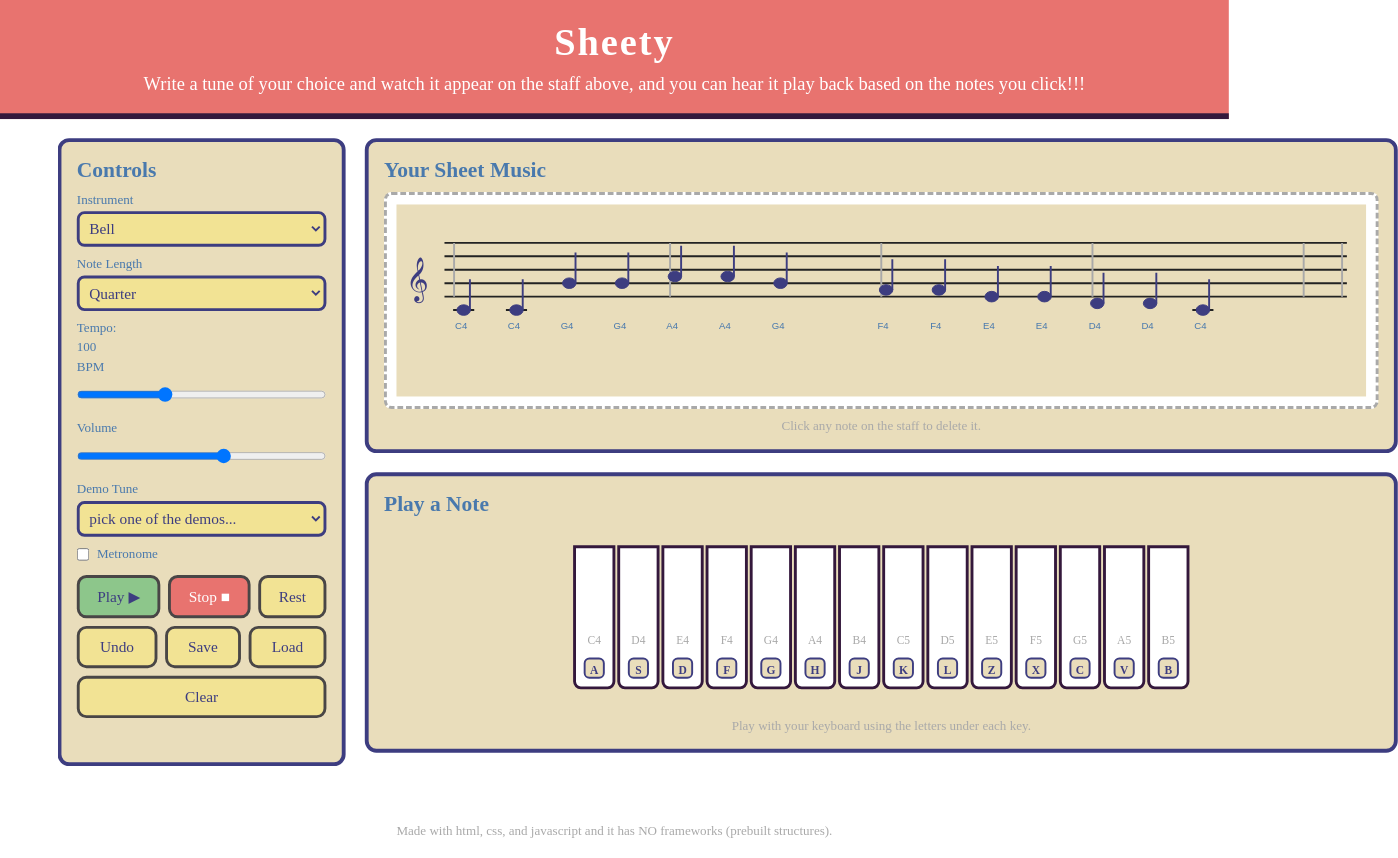
Repository: manayparikh1/sheety
Page: index.html
These files come from the project's save history. The page is drawn as it stood at one moment and after the next save; the edit follows.
The browser window is 1280 px wide. The page is 1456 px wide, so the pictures cover 1456 px, including what lies to the right of the window. The pictures show the whole page, at 96% of full size.

Above is the page before, as saved 2026-08-23 19:10:13.

### index.html
<!DOCTYPE html>
<html lang="en">

<head>
    <meta charset="UTF-8">
    <title>Sheety</title>
    <style>
        * {
            margin: 0;
            padding: 0;
            box-sizing: border-box;
        }

        :root {
            --cream: #e9ddbb;
            --paper: #ffffff;
            --navy: #3d3d80;
            --red: #e8736f;
            --blue: #4979ad;
            --green: #8dc68b;
            --yellow: #f2e394;
            --orange: #f2ae72;
            --darkpurple: #34183c;
            --grey: #a9a9a9;
            --black-key: #494646;
            --line-black: #222222;
            --glass: rgba(255, 255, 255, 0.18);
            --glass-strong: rgba(255, 255, 255, 0.38);
            --edge: rgba(255, 255, 255, 0.55);
            --shade: 0 8px 32px rgba(31, 38, 60, .25);
        }

        html,
        body {
            background:
                radial-gradient(38rem 38rem at 12% 18%, var(--purple), transparent 60%),
                radial-gradient(38rem 38rem at 88% 12%, var(--red), transparent 60%);
            radial-gradient(40rem 40rem at 78% 82%, var(--green), transparent 62%),
            radial-gradient(30rem 30rem at 25% 92%, var(--orange), transparent 60%),
            var(--blue);
            background-attachment: fixed;
            min-height: 100vh;
        }

        header {
            background: var(--red);
            color: var(--paper);
            padding: 19.5px;
            text-align: center;
            border-bottom: 6px solid var(--darkpurple);
        }

        header h1 {
            font-size: 2.5rem;
            letter-spacing: 2px;
        }

        header p {
            margin-top: 10px;
            font-size: 1.2rem;
        }

        main {
            max-width: 1000px;
            margin: 0 auto;
            padding: 20px;
        }

        section {
            background: var(--cream);
            border: 4px solid var(--navy);
            border-radius: 12px;
            padding: 16px;
            margin-bottom: 20px;
        }

        section h2 {
            color: var(--blue);
            margin-bottom: 10px;
            font-size: 1.4rem;
        }

        .toolbar {
            display: flex;
            flex-wrap: wrap;
            gap: 14px;
            align-items: center;
        }

        .toolbar-group {
            display: flex;
            flex-direction: column;
            gap: 4px;
        }

        .toolbar-group label {
            font-size: 0.85rem;
            color: var(--grey);
        }

        select,
        input[type="range"] {
            font-family: inherit;
            font-size: 1rem;
            padding: 6px;
            border: 3px solid var(--navy);
            border-radius: 8px;
            background: var(--yellow);
            color: var(--navy);
        }

        button {
            font-family: inherit;
            padding: 10px 16px;
            border-radius: 10px;
            background: var(--yellow);
            font-size: 1rem;
            color: var(--navy);
            cursor: pointer;
            border: 3px solid var(--black-key);
        }

        button {
            transition:
                background-color 0.2s ease,
                color 0.2s ease,
                transform 0.2s ease,
                box-shadow 0.2s ease;
        }

        button:hover {
            background: var(--yellow);
            color: var(--black-key);
            transform: translateY(-3px) scale(1.03);
            box-shadow: 0 8px 20px rgba(0, 0, 0, 0.18);
        }

        button:active {
            transform: translateY(-1px) scale(0.98);
            box-shadow: 0 4px 10px rgba(0, 0, 0, 0.15);

        }

        button.play-btn {
            background: var(--green);
            transition:
                background-color 0.25s ease,
                transform 0.25s cubic-bezier(0.2, 0.8, 0.2, 1),
                box-shadow 0.25s ease;
        }

        button.play-btn:hover {
            background: var(--green);
            transform: translateY(-3px) scale(1.03);
            box-shadow:
                0 8px 20px rgba(0, 0, 0, 0.18),
                0 0 0 3px rgba(255, 255, 255, 0.08)
        }

        button.stop-btn {
            background: var(--red);
            color: var(--paper);
        }

        button.stop-btn:hover {
            background: var(--red);
            transform: translateY(-2px) scale(1.02);
            box-shadow: 0 6px 16px rgba(0, 0, 0, 0.19);
        }

        button.small {
            padding: 6px 10px;
            font-size: 0.85rem;
        }

        #staffWrap {
            overflow-x: auto;
            border: 3px dashed var(--grey);
            border-radius: 8px;
            padding: 10px;
            background: var(--paper);
        }

        svg#staffSvg {
            background: var(--cream);
            display: block;
        }

        .staff-line {
            stroke: var(--line-black);
            stroke-width: 2;
        }

        .bar-line {
            stroke: var(--grey);
            stroke-width: 2;
        }

        .note-head {
            fill: var(--navy);
            stroke: var(--navy);
            stroke-width: 1;
        }

        .note-head.playing {
            fill: var(--red);
            stroke: var(--red);
        }

        .note-stem {
            stroke: var(--navy);
            stroke-width: 2;
        }

        .rest-mark {
            fill: var(--grey);
        }

        .ledger-line {
            stroke: var(--line-black);
            stroke-width: 2;
        }

        .note-label {
            font-size: 10px;
            fill: var(--blue);
            font-family: "Comic Sans MS", cursive, sans-serif;
        }

        .clef-text {
            font-size: 40px;
            fill: var(--navy);
        }

        #piano {
            display: flex;
            justify-content: center;
            padding: 20px 0;
            gap: 2px;
        }

        .white-key {
            width: 44px;
            height: 150px;
            background: var(--paper);
            border: 3px solid var(--darkpurple);
            border-radius: 0 0 8px 8px;
            cursor: pointer;
            display: flex;
            flex-direction: column;
            align-items: center;
            justify-content: flex-end;
            padding-bottom: 8px;
            font-size: 0.75rem;
            color: var(--grey);
            user-select: none;
        }

        .white-key .pitch-label {
            font-size: 0.75rem;
            color: var(--grey);
        }

        .white-key .key-hint {
            margin-top: 10px;
            width: 22px;
            height: 22px;
            line-height: 22px;
            text-align: center;
            border: 2px solid var(--navy);
            border-radius: 6px;
            background: var(--cream);
            color: var(--navy);
            font-size: 0.75rem;
            font-weight: bold;
        }

        .white-key.pressed .key-hint {
            background: var(--green);
            color: var(--cream);
        }

        #keyboardHint {
            margin-top: 10px;
            font-size: 0.85rem;
            color: var(--grey);
            text-align: center
        }

        .white-key:hover {
            background: var(--yellow);
            transform: translateY(-2px);
            box-shadow: 0 4px 12px rgba(0, 0, 0, 0.15);
        }

        .white-key:active,
        .white-key.pressed {
            background: var(--orange);
            color: var(--cream);
        }

        footer {
            text-align: center;
            padding: 20px;
            color: var(--grey);
            font-size: 0.85rem;
        }

        #statusMsg {
            margin-top: 10px;
            font-size: 0.9rem;
            color: var(--green);
            min-height: 20px;
        }

        main {
            max-width: 1200px;
            display: grid;
            grid-template-columns: 300px 1fr;
            gap: 20px;
            align-items: start;
        }

        .controls {
            position: sticky;
            top: 20px;
        }

        @media (max-width: 900px) {
            main {
                grid-template-columns: 1fr;
            }

            .controls {
                position: static;
            }
        }

        .grid2 {
            display: grid;
            gap: 10px;
        }

        .grid2 label {
            display: flex;
            flex-direction: column;
            gap: 4px;
            font-size: 0.85rem;
            color: var(--blue);
        }

        .grid2 label.check {
            flex-direction: row;
            align-items: center;
            gap: 8px;
        }

        .grid2 select,
        .grid2 input[type=range] {
            width: 100%;
        }

        .btns {
            display: flex;
            flex-wrap: wrap;
            gap: 8px;
            margin-top: 14px;
        }

        .btns button {
            flex: 1 1 auto;
        }

        .hollow {
            fill: var(--paper);
            stroke-width: 2.5;
        }

        .playing {
            fill: var(--red) !important;
            stroke: var(--red);
        }

        .note-head,
        .rest-mark {
            cursor: pointer;
        }
    </style>
</head>

<body>
    <header>
        <h1>Sheety</h1>
        <p>Write a tune of your choice and watch it appear on the staff above, and you can hear it play back based on
            the notes you click!!!</p>
    </header>
    <main>
        <section class="controls">
            <h2>Controls</h2>
            <div class="grid2">
                <label>Instrument
                    <select id="wave">
                        <option value="sine">Bell</option>
                        <option value="triangle">Flute-ish</option>
                        <option value="square">Robot</option>
                        <option value="sawtooth">Buzzy</option>
                    </select>
                </label>
                <label>Note Length
                    <select id="dur">
                        <option value="w">Whole</option>
                        <option value="h">Half</option>
                        <option value="q" selected>Quarter</option>
                        <option value="e">Eigth</option>
                    </select>
                </label>
                <label>Tempo: <span id="bpmOut">100</span> BPM
                    <input type="range" id="bpm" min="40" max="220" value="100">
                </label>
                <label>Volume
                    <input type="range" id="vol" min="0" max="100" value="60">
                </label>
                <label> Demo Tune
                    <select id="demo">
                        <option value="">pick one of the demos...</option>
                    </select>
                </label>
                <label class="check"><input type="checkbox" id="metro"> Metronome</label>
            </div>
            <div class="btns">
                <button class="play-btn" id="playBtn">Play &#9654;</button>
                <button class="stop-btn" id="stopBtn">Stop &#9632;</button>
                <button id="restBtn">Rest</button>
                <button id="undoBtn">Undo</button>
                <button id="saveBtn">Save</button>
                <button id="loadBtn">Load</button>
                <button id="clearBtn">Clear</button>
            </div>
            <div id="statusMsg"></div>
        </section>
        <div>
            <section>
                <h2>Your Sheet Music</h2>
                <div id="staffWrap"><svg id="staffSvg"></svg>
                </div>
                <div id="keyboardHint">Click any note on the staff to delete it.</div>
            </section>
            <section>
                <h2>Play a Note</h2>
                <div id="piano"></div>
                <div id="keyboardHint">Play with your keyboard using the letters under each key.</div>
            </section>
        </div>
    </main>
    <footer>Made with html, css, and javascript and it has NO frameworks (prebuilt structures).</footer>
    <script>
        const N = "CDEFGAB", S = [0, 2, 4, 5, 7, 9, 11], K = "ASDFGHJKLZXCVB", B = { w: 4, h: 2, q: 1, e: .5 }, $ = i => document.getElementById(i);
        const nm = i => N[i % 7] + (4 + (i / 7 | 0)), P = [...Array(14)].map((_, i) => nm(i)), fq = i => 440 * 2 ** ((60 + 12 * (i / 7 | 0) + S[i % 7] - 69) / 12);
        const D = { "Twinkle Twinkle": "C4q C4q G4q G4q A4q A4q G4h F4q F4q E4q E4q D4q D4q C4h", "Ode to Joy": "E4q E4q F4q G4q G4q F4q E4q D4q C4q C4q D4q E4q E4h D4q D4h", "Mary's Lamb": "E4q D4q C4q D4q E4q E4q E4h D4q D4q D4h E4q G4q G4h" };
        const pr = s => s.split(" ").map(t =>
            ({ i: P.indexOf(t.slice(0, 2)), d: t[2] })
        );
        const sv = $("staffSvg"), AC =
            () => ctx ||= new (window.AudioContext || window.webkitAudioContext), vl = () => $("vol").value / 100;
        let song = pr(D["Twinkle Twinkle"]), ctx, T = [], V = [], go = 0, st, H = {}, KP = {};

        const msg = m => { $("statusMsg").textContent = m; clearTimeout(st); st = setTimeout(() => $("statusMsg").textContent = "", 3500) };
        const led = (x, y) => `<line class="ledger-line" x1=${x - 11} y1=${y} x2=${x + 11} y2=${y} />`;

        function draw() {
            let R = [[]], b = 0, W = 70 + 16 * 55 + 60;
            song.forEach((n, g) => {
                if (b + B[n.d] > 16) { R.push([]); b = 0 } R.at(-1).push({ ...n, g }); b += B[n.d]
            });
            sv.setAttribute("width", W); sv.setAttribute("height", R.length * 200);
            sv.innerHTML = R.map((r, ri) => {
                const t = ri * 200 + 40, bo = t + 50 + 5 + 1, bar = x => `<line class="bar-line" x1=${x} y1=${t} x2=${x} y2=${bo} />`;
                let o = [0, 1, 2, 3, 4].map(l => `<line class="staff-line" x1=50 y1=${t + l * 14} x2=${W - 20} y2=${t + l * 14} />`).join("") + `<text class="clef-text" x=10 y=${bo - 5}>&#119070;</text>` + bar(60), x = 70, c = 0;
                for (const n of r) {
                    if (n.i < 0) o += `<rect class="rest-mark" data-i=${n.g} x=${x - 6} y=${t + 24} width=12 height=8 rx=2 />`;
                    else {
                        const s = n.i - 2, y = bo - s * 7, u = s < 4, sx = x + (u ? 6.5 : -6.5), sy = y + (u ? -32 : 32);
                        for (let k = -2; k >= s; k -= 2)o += led(x, bo - k * 7);
                        for (let k = 10; k <= s; k += 2)o += led(x, bo - k * 7);
                        o += `<ellipse class="note-head${n.d == "w" ? " hollow" : ""}" data-i=${n.g} cx=${x} cy=${y} rx=7 ry=5.5 />` + (n.d == "w" ? "" : `<line class="note-stem" x1=${sx} y1=${y} x2=${sx} y2=${sy} />` + (n.d == "e" ? `<path class="note-stem" fill=none d="M${sx} ${sy}q10 ${u ? 5 : -5} 6 ${u ? 15 : -15}" />` : ""));
                    }
                    o += `<text class="note-label" x=${x - 9} y=${bo + 34}>${n.i < 0 ? "rest" : nm(n.i)}</text>`;
                    x += B[n.d] * 55; if ((c += B[n.d]) > 3.99) { o += bar(x - 5); c = 0 }
                }
                return o + bar(W - 25)
            }).join("");
        }
        const tn = (f, t, l, w = $("wave").value, v = vl()) => { const c = AC(), o = new OscillatorNode(c, { type: w, frequency: f }), g = new GainNode(c); g.gain.setValueAtTime(0, t).linearRampToValueAtTime(v, t + .02).exponentialRampToValueAtTime(1e-4, t + l); o.connect(g).connect(c.destination); o.start(t); o.stop(t + l); V.push(o) };
        const clr =
            () => sv.querySelectorAll(".playing").forEach(e => e.classList.remove("playing"));
        const play = () => {
            if (!song.length || go) return msg(go ? "Already playing!" : "Nothing to play yet!");
            go = 1; msg("PLAYINGGG..."); const
                c = AC(), bt = 60 / $("bpm").value; let t = c.currentTime + .1;
            song.forEach((n, g) => {
                const l = B[n.d] * bt, ms = (t - c.currentTime) * 1e3;
                if (n.i >= 0) tn(fq(n.i), t, l);
                if ($("metro").checked) for (let k = 0; k < Math.max(1, B[n.d]); k++)tn(1e3, t + k * bt, .05, "square", vl() * .3);
                T.push(setTimeout(() => { clr(); sv.querySelector(`[data-i="${g}"]`)?.classList.add("playing") }, ms)); t += l
            });
            T.push(setTimeout(() => { go = 0; clr(); msg("Finished!") }, (t - c.currentTime) * 1e3))
        };
        const stop = () => { T.map(clearTimeout); T = []; V.map(o => o.stop()); V = []; clr(); go = 0; msg("Stopped.") };
        const hit = i => { song.push({ i, d: $("dur").value }); draw(); const e = $("k" + i); e.classList.add("pressed"); setTimeout(() => e.classList.remove("pressed"), 180); tn(fq(i), AC().currentTime, .35) };

        $("piano").innerHTML = P.map((p, i) => (KP[K[i]] = i, `<div class="white-key" data-i=${i} id=k${i}><span class="pitch-label">${p}</span><span class="key-hint">${K[i]}</span></div>`)).join("");
        $("demo").innerHTML += Object.keys(D).map(n => `<option>${n}</option>`).join("");
        $("demo").onchange = e => e.target.value && (song = pr(D[e.target.value]), draw(), msg("Loaded " + e.target.value));
        $("bpm").oninput = e => $("bpmOut").textContent = e.target.value;
        onkeyup = e => H[e.key.toUpperCase()] = 0;
        onkeydown = e => { if (/^(IN|SE|TE)/.test(document.activeElement.tagName)) return; const k = e.key.toUpperCase(); if (k in KP && !H[k]) H[k] = 1, hit(KP[k]); if (e.code == "Space") e.preventDefault(), go ? stop() : play() };

        const ACT = {
            playBtn: play, stopBtn: stop,
            restBtn: () => (song.push({ i: -1, d: $("dur").value }), draw(), msg("Added a rest.")),
            undoBtn: () => song.length ? (song.pop(), draw(), msg("Undone.")) : msg("Nothing to undo!"),
            clearBtn: () => song.length && confirm("Clear the whole song?") && (song = [], draw(), msg("Fresh start!")),
            saveBtn: () => (localStorage.sheety = JSON.stringify(song), msg("Saved.")),
            loadBtn: () => localStorage.sheety ? (song = JSON.parse(localStorage.sheety), draw(), msg("Loaded.")) : msg("No saved song.")
        };
        document.onclick = e => {
            const k = e.target.closest(".white-key"), i = e.target.dataset.i;
            k ? hit(+k.dataset.i) : i ? (song.splice(+i, 1), draw(), msg("Deleted.")) : ACT[e.target.id]?.()
        };
        draw();
    </script>
</body>

After the next save:
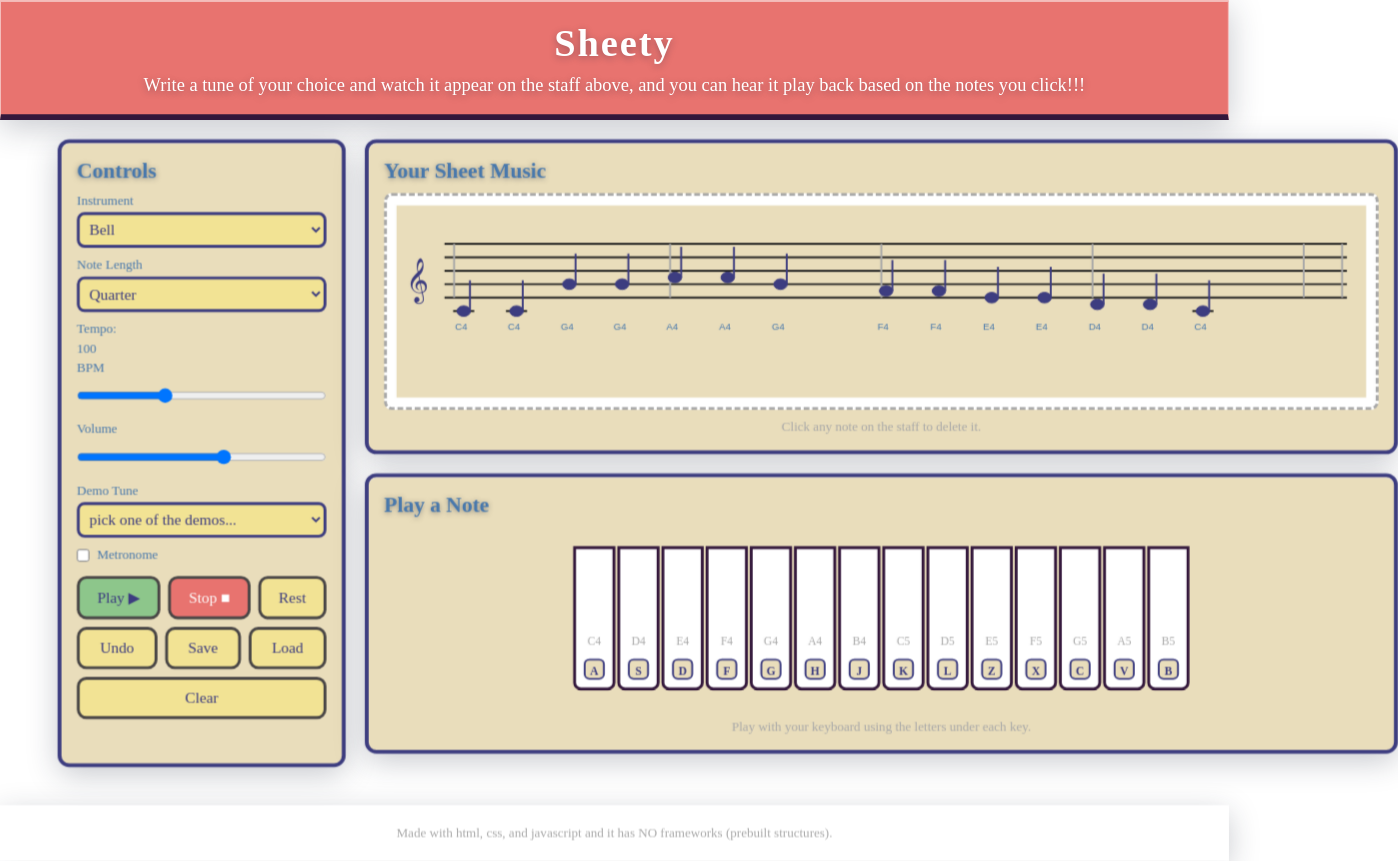
Saved 8 min 2 s later.
--- a/index.html
+++ b/index.html
@@ -40,6 +40,37 @@
             var(--blue);
             background-attachment: fixed;
             min-height: 100vh;
+        }
+
+        section,
+        header,
+        footer {
+            background: var(--glass);
+            -webkit-backdrop-filter: blur(18px) saturate(180%);
+            backdrop-filter: blur(18px) saturate(180%);
+            border: 1px solid var(--edge);
+            box-shadow: var(--shade), inset 0 1px 0 rgba(255, 255, 255, .5);
+        }
+
+        section {
+            border-radius: 18px;
+        }
+
+        header {
+            border-bottom: 1px solid var(--edge);
+            text-shadow: 0 2px 8px rgba(31, 38, 60, .35);
+        }
+
+        section h2 {
+            color: var(--paper);
+            text-shadow: 0 1px 6px rgba(31, 38, 60, .45);
+        }
+
+        .grid2 label,
+        .toolbar-group label,
+        #keyboardHint,
+        footer {
+            color: rgba(255, 255, 255, 0.85);
         }
 
         header {
